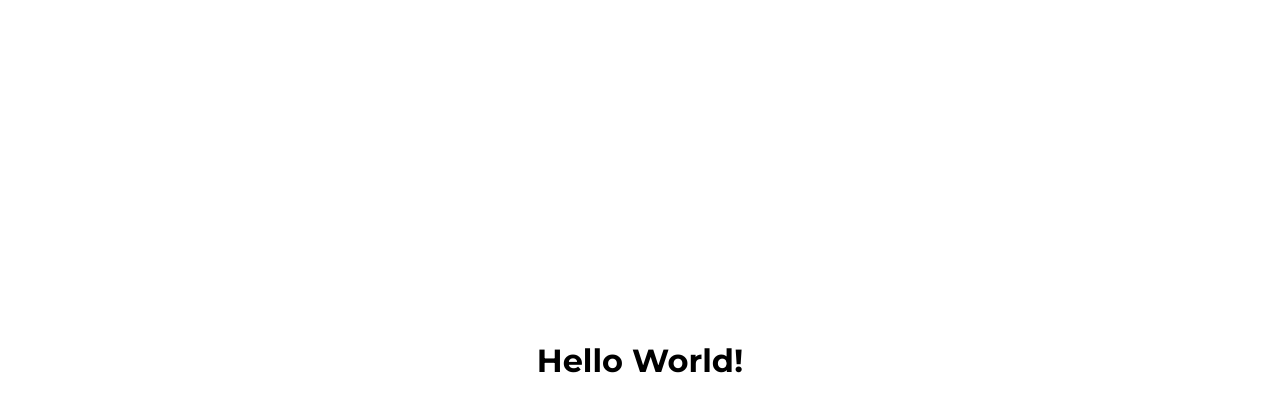
Repository: kate30980/js-practice
Page: toast-noti/index.html
These files come from the project's save history. The page is drawn as it stood at one moment and after the next save; the edit follows.
The browser window is 1280 px wide. The pictures show the whole page.

Above is the page before, as saved 2021-08-28 22:47:22.

### toast-noti/index.html
<!DOCTYPE html>
<html lang="en">

<head>
    <meta charset="UTF-8">
    <meta http-equiv="X-UA-Compatible" content="IE=edge">
    <meta name="viewport" content="width=device-width, initial-scale=1.0">
    <title>10 Javascript Project in 1 Hour</title>
    <link rel="stylesheet" href="style.css">
</head>

<body>
    <h1>Hello World!</h1>
</body>

</html>

### toast-noti/style.css
@import url('https://fonts.googleapis.com/css2?family=Montserrat:wght@300;400;600;700&display=swap');
*{
    box-sizing: border-box;
}
body{
    display: flex;
    align-items: center;
    justify-content: center;
    font-family: 'Montserrat', sans-serif;
    margin: 0;
    min-height:100vh;
}

After the next save:
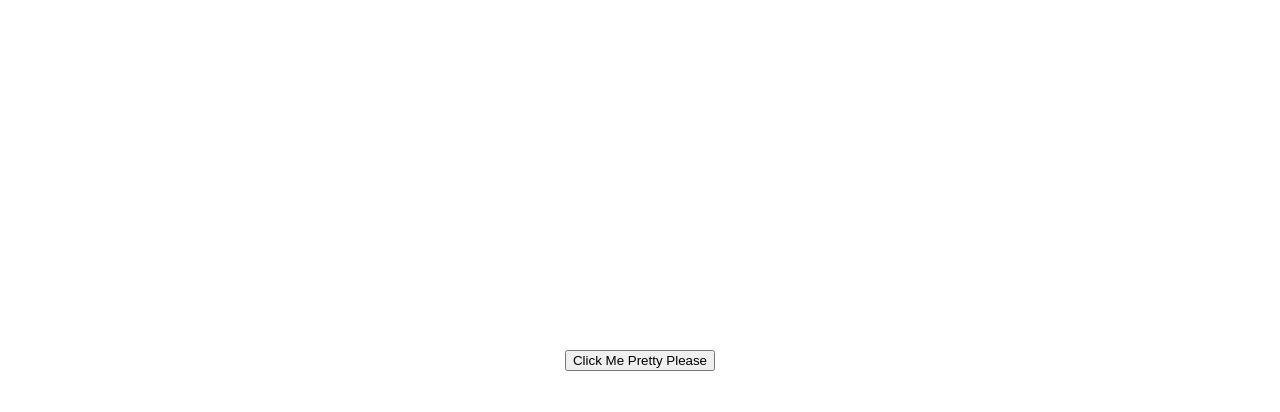
Saved 3 min 25 s later.
--- a/toast-noti/index.html
+++ b/toast-noti/index.html
@@ -10,7 +10,7 @@
 </head>
 
 <body>
-    <h1>Hello World!</h1>
+    <button>Click Me Pretty Please</button>
 </body>
 
 </html>
